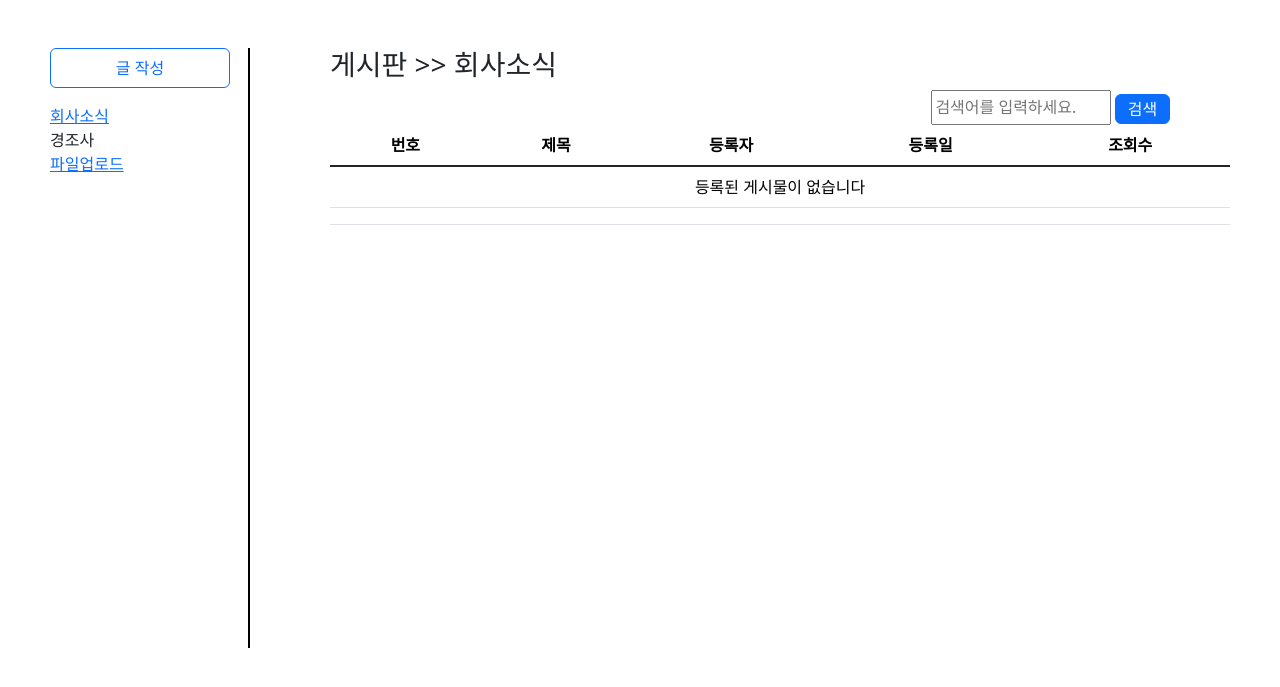
Repository: KimDongGyuu/final
Page: http://localhost/aceworks/WEB-INF/views/company_news/company_news_List.jsp
These files come from the project's save history. The page is drawn as it stood at one moment and after the next save; the edit follows.
The browser window is 1280 px wide. The pictures show the whole page.
The page is served by Tomcat 9. Nobody is signed in. Other server files are loaded and not shown. The template is opened directly, without the code that normally fills it, so the values that code supplies are empty.

Above is the page before, as saved 2024-03-17 04:05:26.

### aceworks/src/main/webapp/WEB-INF/views/company_news/company_news_List.jsp
<%@ page language="java" contentType="text/html; charset=UTF-8"
	pageEncoding="UTF-8"%>
<%@ include file="/WEB-INF/views/include/style.jsp"%>
<%@ taglib uri="http://java.sun.com/jsp/jstl/core" prefix="c"%>
<!DOCTYPE html>
<html>
<head>
<meta charset="UTF-8">
<title>Insert title here</title>
<style>
#left {
	width: 200px;
	height: 600px;
	float: left;
	border-right: 2px solid black;
	margin-left: 50px;
}

#right {
	width: 900px;
	height: 600px;
	margin-left: 330px;
}

#bt {
	width: 180px;
	height: 40px;
}
#Sbt {
	padding-top: 2px;
	height: 30px;
}

h3 {
	text-align: center;
}
</style>
</head>
<body>


	<div>
		<div id="left">
			<button id="bt" type="button" class="btn btn-outline-primary"
				onclick="location.href='company_news_Writeform.do';">글 작성</button>
<div class="mt-3"><a href="company_news_List.do">회사소식</a> <br> 경조사 <br><a href="fileUploadForm.do">파일업로드</a></div>
		</div>
		<div id="right">
		<div class="mt-5 mb-2"><span class="h3">게시판 &gt;&gt; 회사소식</span></div>
<div class="mt-2 d-flex gap-2 justify-content-end">
    <form action="company_newsSearch.do">
        <input type="text" id="searchKeyword" name="keyword" placeholder="검색어를 입력하세요." style="width:60%; height: 35px;">
        <button id="Sbt" type="submit" class="btn btn btn-primary">검색</button>
    </form>
</div>
			<table width="1000" cellspacing="0" class="table table-hover">
				<thead>
					<tr align="center">
						<th scope="col">번호</th>
						<th scope="col">제목</th>
						<th scope="col">등록자</th>
						<th scope="col">등록일</th>
						<th scope="col">조회수</th>
					</tr>
				</thead>

				<tbody class="table-group-divider">
					<c:if test="${empty lists }">
						<tr>
							<td colspan="5" align="center">등록된 게시물이 없습니다</td>
						</tr>
					</c:if>

					<c:forEach var="dto" items="${lists }">
						<tr class="text-center">
							<th scope="row">${dto.news_idx }</th>
							<c:url var="company_newsContentUrl"
								value="company_news_Content.do">
								<c:param name="news_idx">${dto.news_idx }</c:param>
							</c:url>
							<td><a href="${company_newsContentUrl }">${dto.news_title }</a></td>
							<td>${dto.news_writer }</td>
							<td>${dto.news_writedate }</td>
							<td>${dto.news_readnum }</td>
						</tr>
					</c:forEach>
				</tbody>

				<tfoot>
					<tr>
						<td colspan="5" align="center">${pageStr }</td>
					</tr>
				</tfoot>
			</table>
		</div>
	</div>
</body>
</html>

### aceworks/src/main/webapp/WEB-INF/views/include/style.jsp
<%@ page language="java" contentType="text/html; charset=UTF-8"
    pageEncoding="UTF-8"%>
<!DOCTYPE html>
<html>
<head>
<meta charset="UTF-8">
<title>Insert title here</title>
<link
   href="https://cdn.jsdelivr.net/npm/bootstrap@5.3.3/dist/css/bootstrap.min.css"
   rel="stylesheet"
   integrity="sha384-QWTKZyjpPEjISv5WaRU9OFeRpok6YctnYmDr5pNlyT2bRjXh0JMhjY6hW+ALEwIH"
   crossorigin="anonymous">
<script
   src="https://cdn.jsdelivr.net/npm/bootstrap@5.3.3/dist/js/bootstrap.bundle.min.js"
   integrity="sha384-YvpcrYf0tY3lHB60NNkmXc5s9fDVZLESaAA55NDzOxhy9GkcIdslK1eN7N6jIeHz"
   crossorigin="anonymous"></script>
<script
   src="https://cdn.jsdelivr.net/npm/@popperjs/core@2.11.8/dist/umd/popper.min.js"
   integrity="sha384-I7E8VVD/ismYTF4hNIPjVp/Zjvgyol6VFvRkX/vR+Vc4jQkC+hVqc2pM8ODewa9r"
   crossorigin="anonymous"></script>
<script
   src="https://cdn.jsdelivr.net/npm/bootstrap@5.3.3/dist/js/bootstrap.min.js"
   integrity="sha384-0pUGZvbkm6XF6gxjEnlmuGrJXVbNuzT9qBBavbLwCsOGabYfZo0T0to5eqruptLy"
   crossorigin="anonymous"></script>
</head>
<body>

</body>
</html>

After the next save:
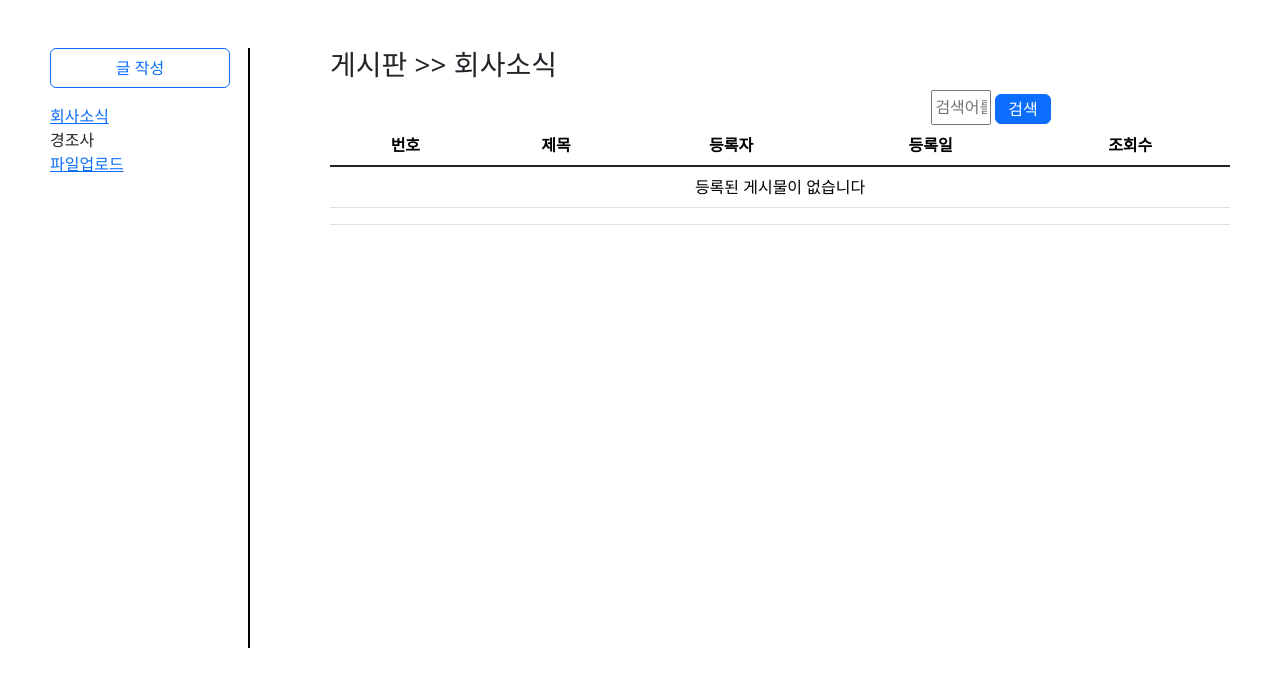
Saved 14 s later.
--- a/aceworks/src/main/webapp/WEB-INF/views/company_news/company_news_List.jsp
+++ b/aceworks/src/main/webapp/WEB-INF/views/company_news/company_news_List.jsp
@@ -49,7 +49,7 @@ h3 {
 		<div class="mt-5 mb-2"><span class="h3">게시판 &gt;&gt; 회사소식</span></div>
 <div class="mt-2 d-flex gap-2 justify-content-end">
     <form action="company_newsSearch.do">
-        <input type="text" id="searchKeyword" name="keyword" placeholder="검색어를 입력하세요." style="width:60%; height: 35px;">
+        <input type="text" id="searchKeyword" name="keyword" placeholder="검색어를 입력하세요." style="width:20%; height: 35px;">
         <button id="Sbt" type="submit" class="btn btn btn-primary">검색</button>
     </form>
 </div>
